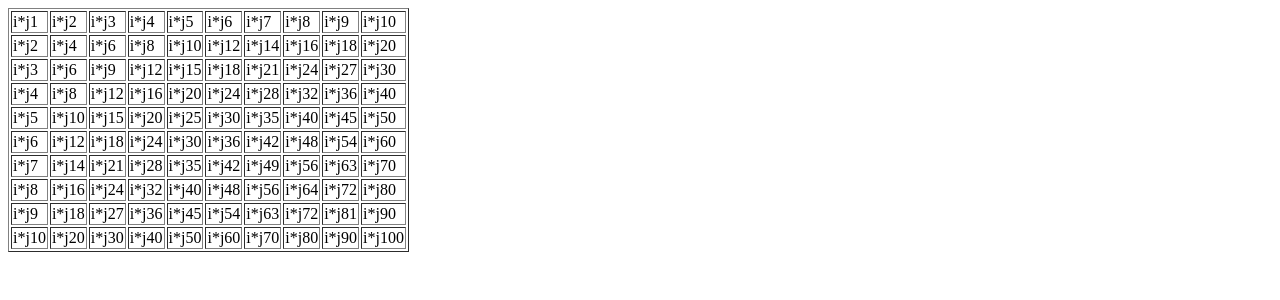
Repository: jeongho97/JSP
Page: http://localhost/JSP/예제2.jsp
The author's editor kept a copy of each file at every save. The page is drawn from the files as they stood at one save, then again after the next save.
The browser window is 1280 px wide. The pictures show the whole page.
The page is served by Tomcat 9. Other server files are loaded and not shown.

Above is the page before, as saved 2022-05-17 02:42:06.

### JSP/WebContent/예제2.jsp
<%@ page language="java" contentType="text/html; charset=UTF-8"
    pageEncoding="UTF-8"%>
<!DOCTYPE html>
<html>
<head>
<meta charset="UTF-8">
<title>Insert title here</title>
</head>
<body>

<%
	int i=0;
	int j=0;
%>
<table border="1">
<%
	for(i=1;i<=10;i++){
%>
		<tr>
<%
		for(j=1;j<=10;j++){
%>

			<td>i*j<%=i*j%></td>

<%
		}
%>
		</tr>
<%
	}
%>
</table>
</body>
</html>

After the next save:
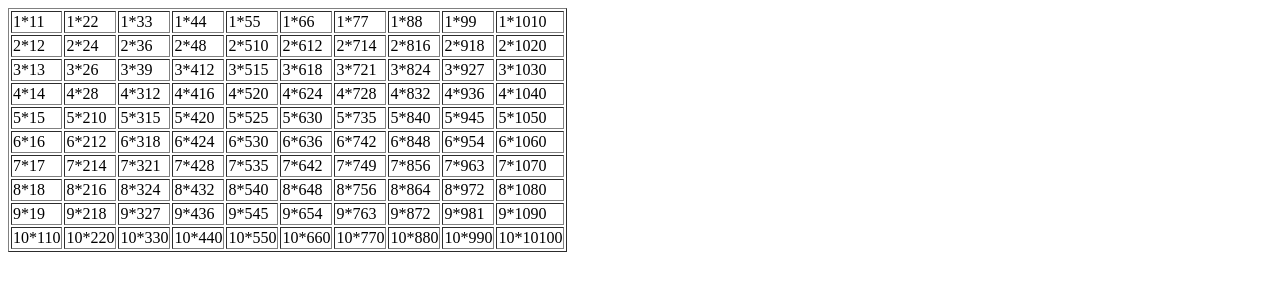
Saved 43 s later.
--- a/JSP/WebContent/예제2.jsp
+++ b/JSP/WebContent/예제2.jsp
@@ -21,7 +21,7 @@
 		for(j=1;j<=10;j++){
 %>
 
-			<td>i*j<%=i*j%></td>
+			<td><%=i%>*<%=j%><%=i*j%></td>
 
 <%
 		}
